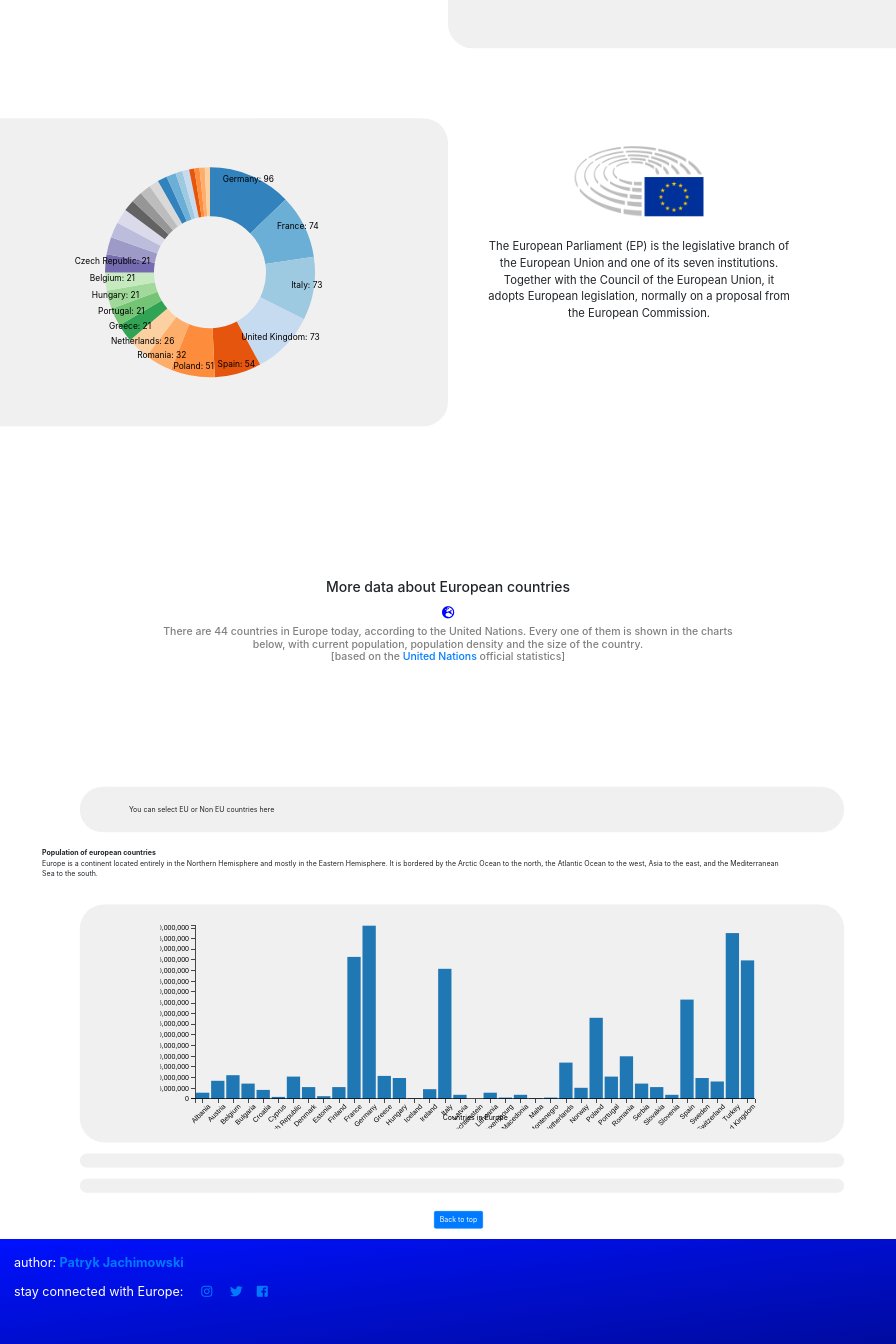
Repository: pjachimowski/renewable
Page: index.html
The author's editor kept a record of every edit. The page is drawn from the files as they stood at one moment, then again after the next edit.
The browser window is 1280 px wide. The pictures show the part of the page from y = 2490 to 4410 px (the page is 4410 px tall before and 4409 px after), at 70% of full size.
Backgrounds fixed to the window are drawn as part of the page. Some web fonts or font styles are not loaded; a fallback is used. Some web libraries are served in a nearby version.

Above is the page before.

After the next edit:
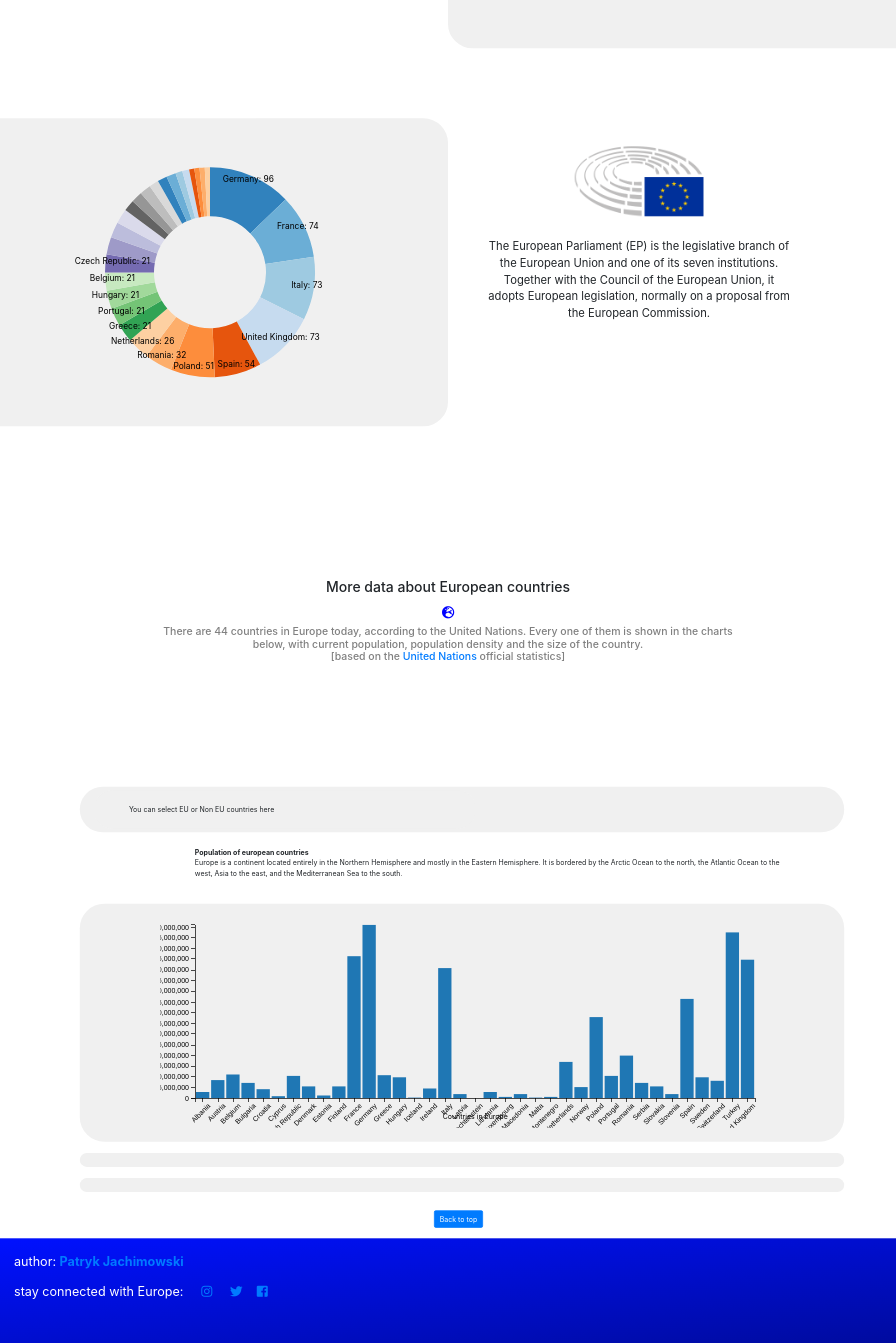
The edit:
--- a/index.html
+++ b/index.html
@@ -212,8 +212,8 @@
 
         <!------------------ Population ---------------------------------------------->
         <div class="row">
-            <div class="col-1"></div>
-            <div class="col-10 title-4">
+            <div class="col-2"></div>
+            <div class="col-8 title-4">
                 <strong>Population of european countries</strong>
                 <p>Europe is a continent located entirely in the Northern Hemisphere and mostly in the Eastern Hemisphere. It is bordered by the Arctic Ocean to the north, the Atlantic Ocean to the west, Asia to the east, and the Mediterranean Sea to the
                     south. </p>
